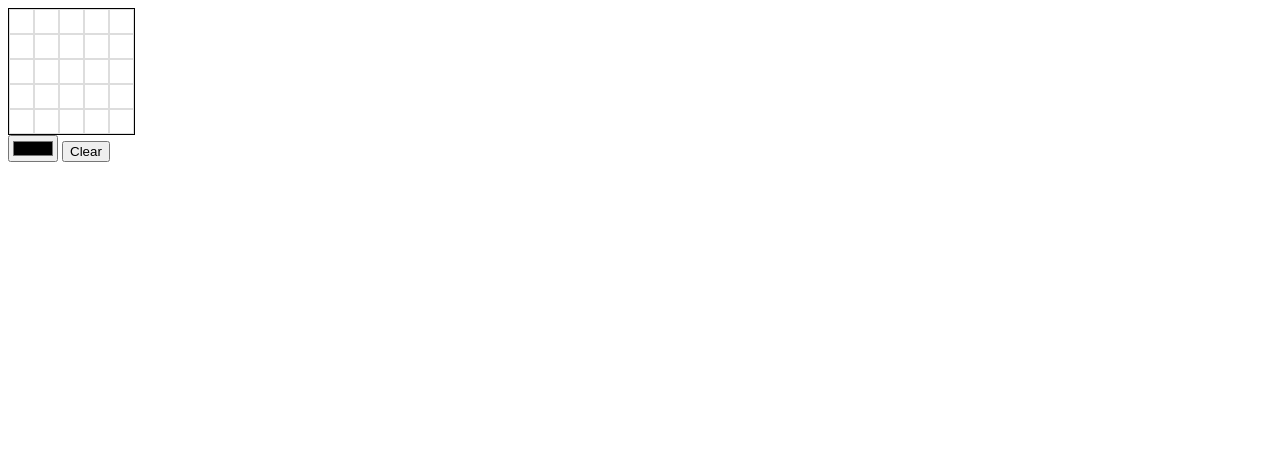
Repository: oldens/handwritten-digit-recognition
Page: index.html
An editor plug-in stored every save of this project. The page is shown before and after the next save, followed by the edit.
The browser window is 1280 px wide. The pictures show the whole page.

Above is the page before, as saved 2025-01-31 16:10:41.

### index.html
<!DOCTYPE html>
<html lang="en">
<head>
    <meta charset="UTF-8">
    <meta name="viewport" content="width=device-width, initial-scale=1.0">
    <title>Drawing App</title>
    <link rel="stylesheet" href="styles.css">
</head>
<body>
    <div id="drawing-area"></div>

    <input type="color" id="color-picker">
    <button id="clear-button">Clear</button>
    <script src="script.js"></script>
</body>
</html>

### styles.css
:root {
    --grid-size: 5;
    --cell-size: 25px;
}

#drawing-area {
    width: calc(var(--grid-size) * var(--cell-size));
    height: calc(var(--grid-size) * var(--cell-size));
    display: grid;
    grid-template-columns: repeat(var(--grid-size), var(--cell-size));
    grid-template-rows: repeat(var(--grid-size), var(--cell-size));
    border: 1px solid #000;
}

.cell {
    width: var(--cell-size)px;
    height: var(--cell-size)px;
    border: 1px solid #ddd;
}

#color-picker {
    margin-bottom: 10px;
}

#clear-button {
    margin-bottom: 25px;
}

### script.js
const drawingArea = document.getElementById('drawing-area');
const colorPicker = document.getElementById('color-picker');
const clearButton = document.getElementById('clear-button');

const rootStyles = getComputedStyle(document.documentElement);

const numRows = parseInt(rootStyles.getPropertyValue('--grid-size'));
const numCols = numRows;
const cellSize = parseInt(rootStyles.getPropertyValue('--cell-size'));

let drawingData = Array.from({ length: numRows }, () => Array(numCols).fill('#FFFFFF'));

function createDrawingArea() {
    for (let row = 1; row <= numRows; row++) {
        for (let col = 1; col <= numCols; col++) {
            const cell = document.createElement('div');
            cell.classList.add('cell');
            cell.style.gridColumn = col;
            cell.style.gridRow = row;
            drawingArea.appendChild(cell);
        }
    }
}

function drawCell(row, col) {
    const color = colorPicker.value;
    drawingData[row - 1][col - 1] = color;
    const cell = drawingArea.querySelector(`.cell[style*="grid-column: ${col};"][style*="grid-row: ${row};"]`);
    if (cell) {
        cell.style.backgroundColor = color;
    }
}

function clearDrawingArea() {
    drawingData = Array.from({ length: numRows }, () => Array(numCols).fill('#FFFFFF'));
    for (let i = 0; i < drawingArea.children.length; i++) {
        drawingArea.children[i].style.backgroundColor = '#FFFFFF';
    }
}

colorPicker.addEventListener('input', (event) => {
    colorPicker.value = event.target.value;
});

clearButton.addEventListener('click', clearDrawingArea);

createDrawingArea();

let isMouseDown = false;

drawingArea.addEventListener('mousedown', (event) => {
    if (event.button === 0) { // Check if the left mouse button is pressed
        isMouseDown = true;
        handleMouseEvent(event);
    }
});

drawingArea.addEventListener('mousemove', (event) => {
    if (isMouseDown) {
        handleMouseEvent(event);
    }
});

drawingArea.addEventListener('mouseup', (event) => {
    if (event.button === 0) { // Check if the left mouse button is released
        isMouseDown = false;
    }
});

drawingArea.addEventListener('mouseleave', () => {
    isMouseDown = false; // Reset if the mouse leaves the element
});

function handleMouseEvent(event) {
    const cell = event.target;
    if (cell.classList.contains('cell')) {
        const row = Math.floor(cell.offsetTop / cellSize) + 1;
        const col = Math.floor(cell.offsetLeft / cellSize) + 1;
        drawCell(row, col);
    }
}

After the next save:
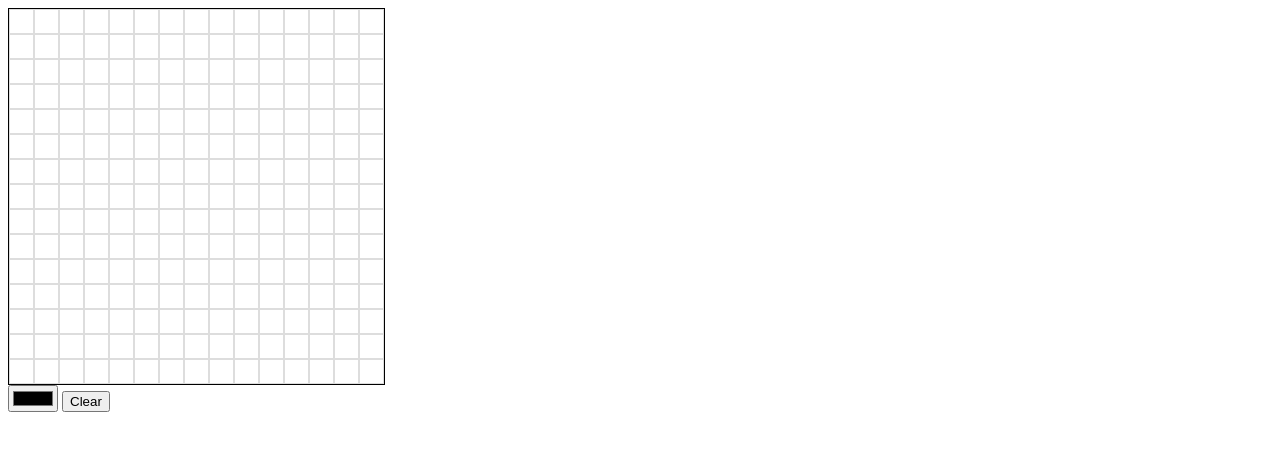
Saved 11 s later.
--- a/styles.css
+++ b/styles.css
@@ -1,5 +1,5 @@
 :root {
-    --grid-size: 5;
+    --grid-size: 15;
     --cell-size: 25px;
 }
 
